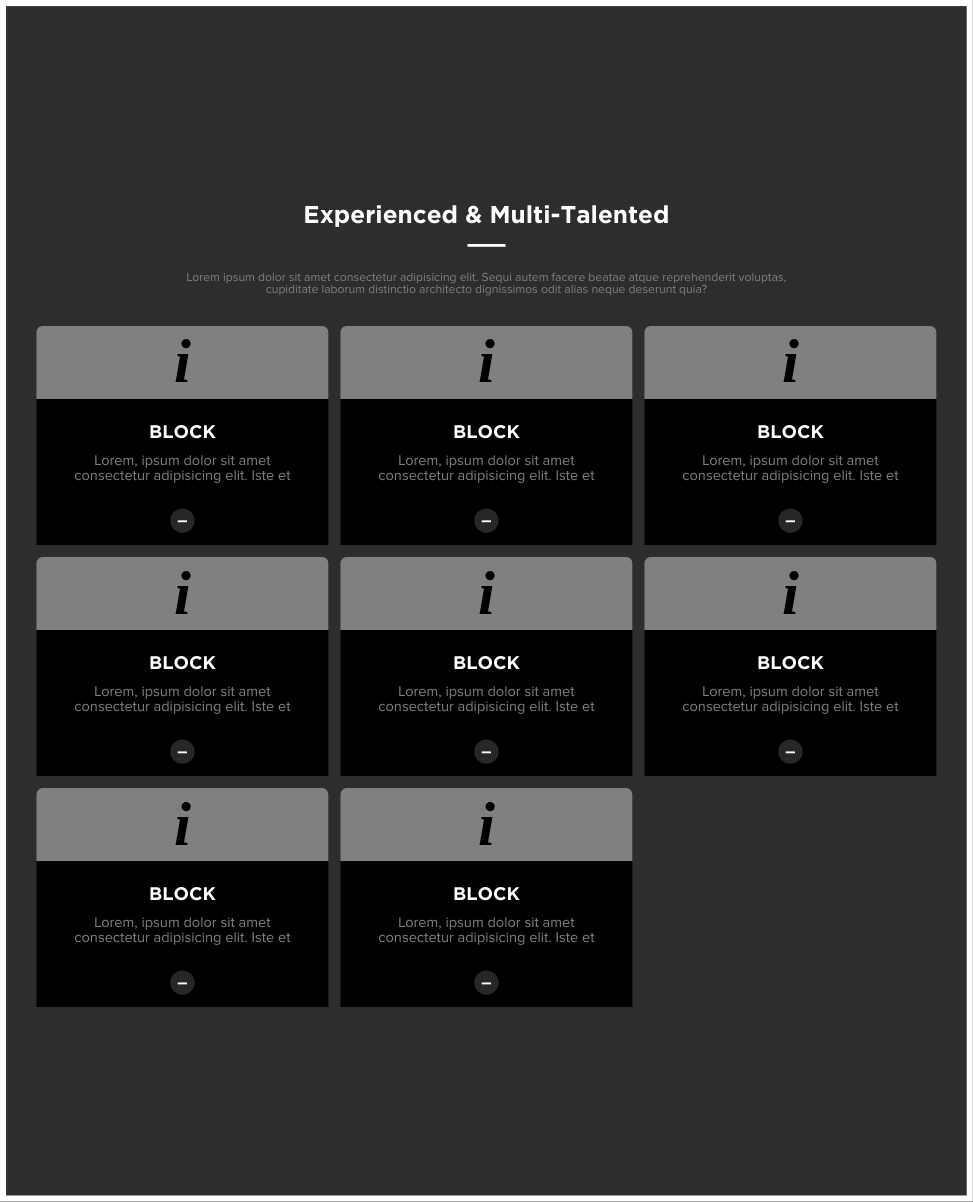
Repository: MohmdMHR/limesharp-test
Page: /
An editor plug-in stored every save of this project. The page is shown before and after the next save, followed by the edit.
The browser window is 1280 px wide. The pictures show the whole page, at 76% of full size.
The project was rebuilt for these pictures with package versions that can differ from the ones it lists, and the page was loaded fresh each time. Also part of the build but not shown: vue.config.js.

Above is the page before, as saved 2022-07-20 18:59:38.

### src/main.js
import Vue from "vue";
import Main from "./Main.vue";

Vue.config.productionTip = false;

new Vue({
  render: (h) => h(Main),
}).$mount("#app");

### src/Main.vue
<template>
  <div class="main container">
    <h1 class="main-title">Experienced & Multi-Talented</h1>
    <hr class="spacer" />
    <div class="main-content">
      Lorem ipsum dolor sit amet consectetur adipisicing elit. Sequi autem
      facere beatae atque reprehenderit voluptas, cupiditate laborum distinctio
      architecto dignissimos odit alias neque deserunt quia?
    </div>
    <div class="cards-container">
      <card
        v-for="(card, index) in numberOfCards"
        :key="index"
        title="block"
      ></card>
    </div>
  </div>
</template>

<script>
import Card from "./components/card.vue";

export default {
  name: "App",
  components: {
    Card,
  },
  data() {
    return {
      numberOfCards: 8,
    };
  },
};
</script>
<style>
@font-face {
  font-family: "Gotham-Bold";
  src: url("./assets/fonts/Gotham-Bold.ttf");
}
@font-face {
  font-family: "ProximaNova-Regular";
  src: url("./assets/fonts/ProximaNova-Regular.ttf");
}
</style>
<style lang="scss" scoped>
.main {
  padding: 15rem 2rem;
  background-color: rgb(46, 45, 45);
}
.main-title {
  color: white;
  text-align: center;
  font-family: "Gotham-Bold";
  font-size: 2rem;
}
.spacer {
  border-top: solid white;
  width: 3rem;
}
.main-content {
  color: gray;
  text-align: center;
  margin: 1rem 2rem;
  font-family: "ProximaNova-Regular";
  font-size: 1rem;
  width: 50rem;
  margin: 2rem auto;
}
.cards-container {
  display: grid;
  grid-template-columns: repeat(auto-fit, 25rem);
  justify-content: center;
}
</style>

### src/components/card.vue
<template>
  <div>
    <div class="card container">
      <div class="card-banner-img">i</div>
      <div class="card-content">
        <h1 class="card-content-title">{{ title }}</h1>
        <p class="card-content-text" :class="{ collapsed: collapsed }">
          Lorem, ipsum dolor sit amet consectetur adipisicing elit. Iste et
          ullam voluptatibus a molestiae deleniti necessitatibus dolor.
        </p>
        <div
          class="card-btn"
          :class="{ toggled: collapsed }"
          @click="collapse()"
        ></div>
      </div>
    </div>
  </div>
</template>

<script>
export default {
  name: "SingleCard",
  data() {
    return {
      collapsed: false,
    };
  },
  props: {
    title: {
      type: String,
      Default: "Block",
    },
  },
  methods: {
    collapse() {
      this.collapsed = !this.collapsed;
    },
  },
};
</script>

<style lang="scss" scoped>
.card {
  position: relative;
  margin: 0.5rem;
}
.card-banner-img {
  overflow: hidden;
  background-color: gray;
  justify-content: center;
  display: flex;
  align-items: center;
  height: 6rem;
  font-weight: bold;
  font-style: italic;
  font-size: 5rem;
  border-radius: 0.5rem 0.5rem 0 0;
}
.card-content {
  background: black;
  padding: 1rem 2rem;
}
.card-content-title {
  color: white;
  text-transform: uppercase;
  text-align: center;
  font-family: "Gotham-Bold";
  font-size: 1.5rem;
}
.card-content-text {
  color: gray;
  text-align: center;
  height: 2.5rem;
  overflow: hidden;
  margin: 1rem;
  font-family: "ProximaNova-Regular";
  font-size: 1.2rem;
  &.collapsed {
    height: 100%;
    z-index: 1;
  }
}
.card-btn {
  margin: 2rem auto 0;
  cursor: pointer;
  height: 2rem;
  position: relative;
  width: 2rem;
  background: #282626;
  border-radius: 50%;
  &:before,
  &:after {
    background: white;
    top: 1rem;
    left: 0.6rem;
    content: "";
    height: 0.1rem;
    position: absolute;
    width: 0.8rem;
    transition: transform 500ms ease;
  }
  &:after {
    transform-origin: center;
  }
  &.toggled {
    &:after {
      transform: rotate(90deg);
    }
    &:before {
      transform: rotate(180deg);
    }
  }
}
</style>

Loaded but not shown: public/index.html (common file)

After the next save:
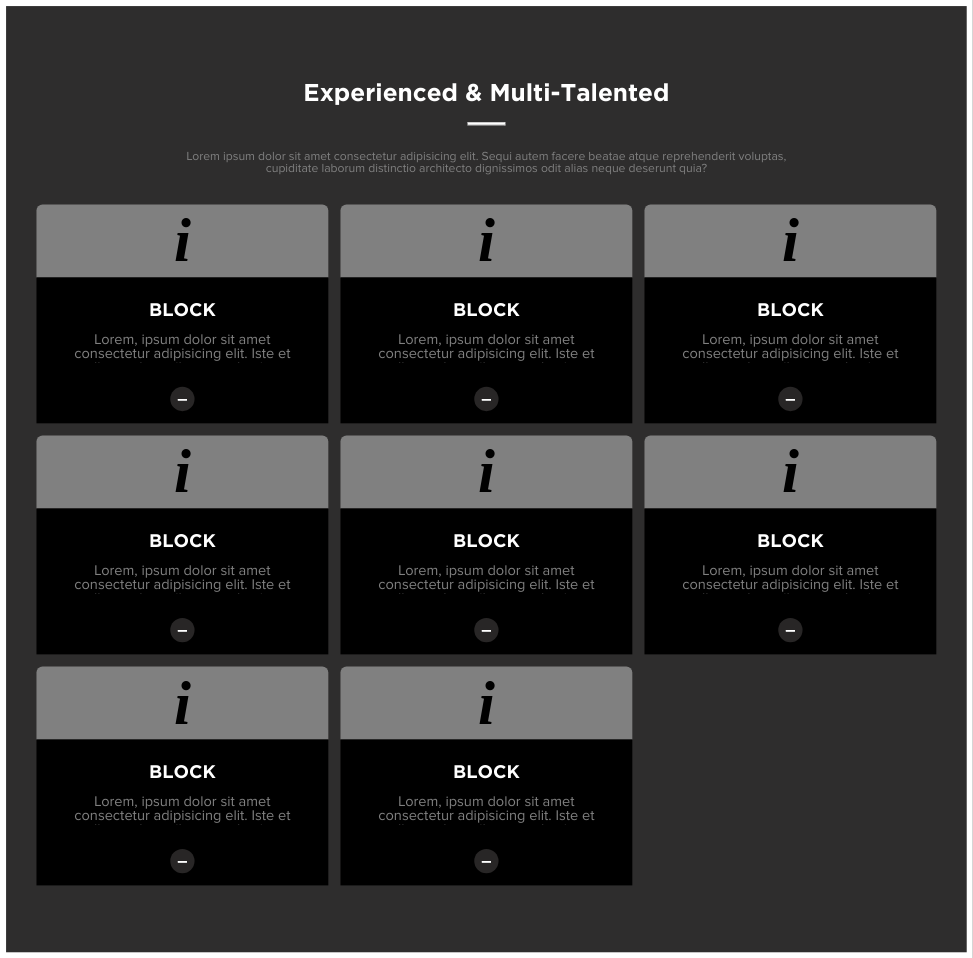
Saved 39 s later.
--- a/src/Main.vue
+++ b/src/Main.vue
@@ -44,7 +44,7 @@ export default {
 </style>
 <style lang="scss" scoped>
 .main {
-  padding: 15rem 2rem;
+  padding: 5rem 2rem;
   background-color: rgb(46, 45, 45);
 }
 .main-title {
